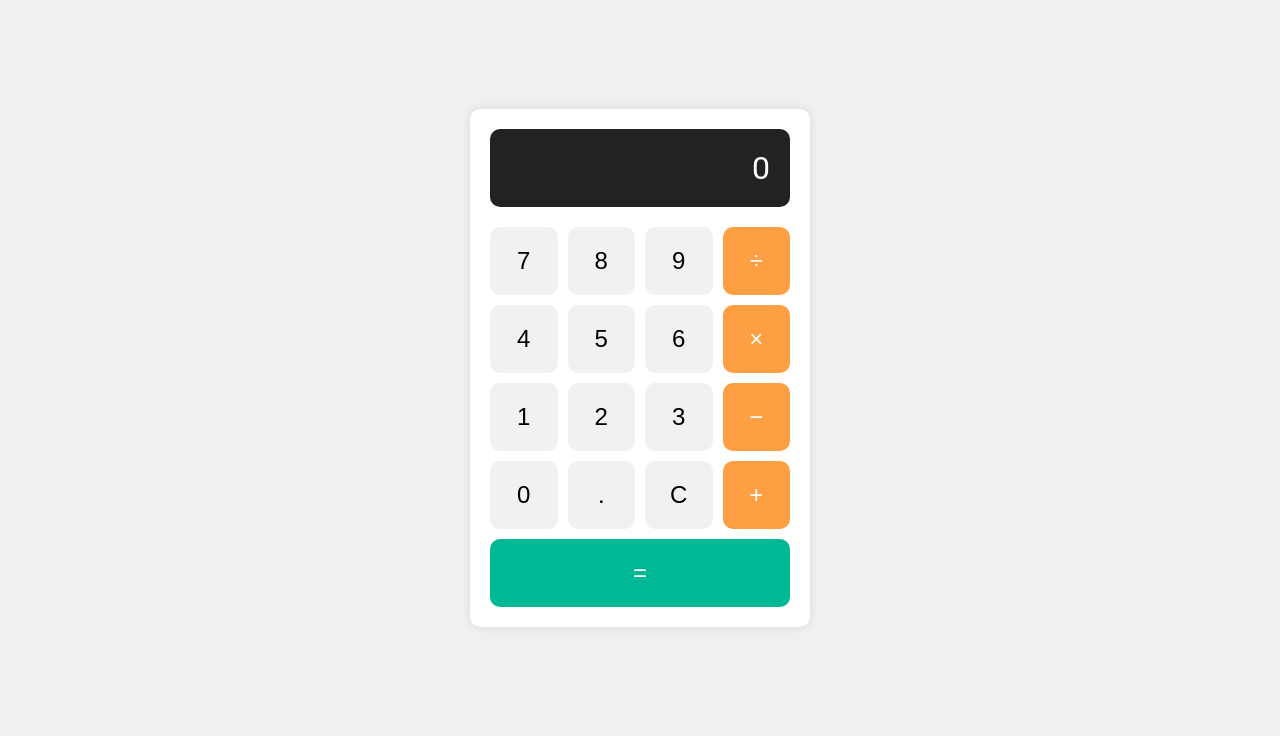
Repository: Barnabasbag/New-folder--2-
Page: in1.html
These files come from the project's save history. The page is drawn as it stood at one moment and after the next save; the edit follows.
The browser window is 1280 px wide. The pictures show the whole page.

Above is the page before, as saved 2024-06-26 23:29:24.
Not found: script.js

After the next save:
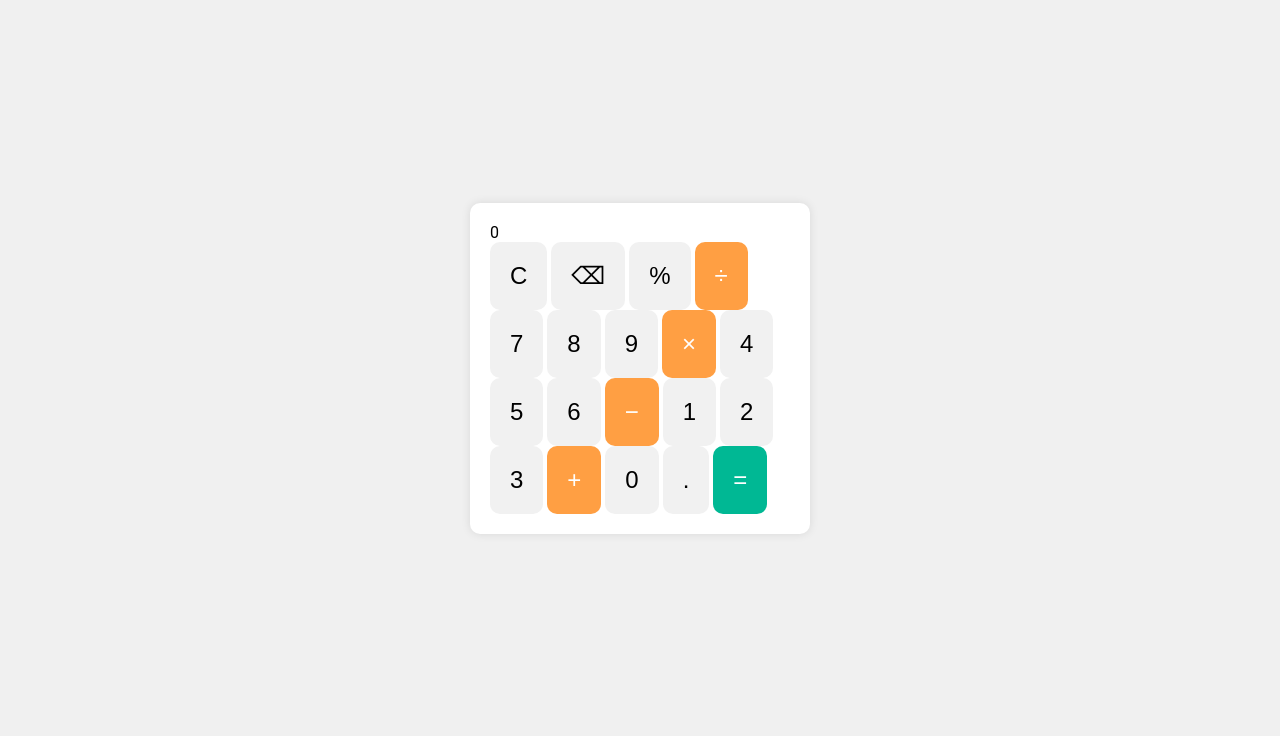
Saved 7 min 39 s later.
--- a/in1.html
+++ b/in1.html
@@ -7,32 +7,30 @@
     <link rel="stylesheet" href="styles.css">
 </head>
 <body>
-    <div class="calculator">
-        <div class="calculator-display" id="display">
-            0
-        </div>
-        <div class="calculator-buttons">
-            <button class="button" data-value="7">7</button>
-            <button class="button" data-value="8">8</button>
-            <button class="button" data-value="9">9</button>
-            <button class="button operator" data-value="/">÷</button>
-
-            <button class="button" data-value="4">4</button>
-            <button class="button" data-value="5">5</button>
-            <button class="button" data-value="6">6</button>
-            <button class="button operator" data-value="*">×</button>
-
-            <button class="button" data-value="1">1</button>
-            <button class="button" data-value="2">2</button>
-            <button class="button" data-value="3">3</button>
-            <button class="button operator" data-value="-">−</button>
-
-            <button class="button" data-value="0">0</button>
-            <button class="button" data-value=".">.</button>
-            <button class="button" id="clear">C</button>
-            <button class="button operator" data-value="+">+</button>
-
-            <button class="button equals" id="equals">=</button>
+    <div class="container">
+        <div class="calculator">
+            <div class="display" id="display">0</div>
+            <div class="buttons">
+                <button class="button" onclick="clearDisplay()">C</button>
+                <button class="button" onclick="deleteLast()">⌫</button>
+                <button class="button" onclick="appendCharacter('%')">%</button>
+                <button class="button operator" onclick="appendCharacter('/')">÷</button>
+                <button class="button" onclick="appendCharacter('7')">7</button>
+                <button class="button" onclick="appendCharacter('8')">8</button>
+                <button class="button" onclick="appendCharacter('9')">9</button>
+                <button class="button operator" onclick="appendCharacter('*')">×</button>
+                <button class="button" onclick="appendCharacter('4')">4</button>
+                <button class="button" onclick="appendCharacter('5')">5</button>
+                <button class="button" onclick="appendCharacter('6')">6</button>
+                <button class="button operator" onclick="appendCharacter('-')">−</button>
+                <button class="button" onclick="appendCharacter('1')">1</button>
+                <button class="button" onclick="appendCharacter('2')">2</button>
+                <button class="button" onclick="appendCharacter('3')">3</button>
+                <button class="button operator" onclick="appendCharacter('+')">+</button>
+                <button class="button zero" onclick="appendCharacter('0')">0</button>
+                <button class="button" onclick="appendCharacter('.')">.</button>
+                <button class="button equals" onclick="calculate()">=</button>
+            </div>
         </div>
     </div>
     <script src="script.js"></script>
